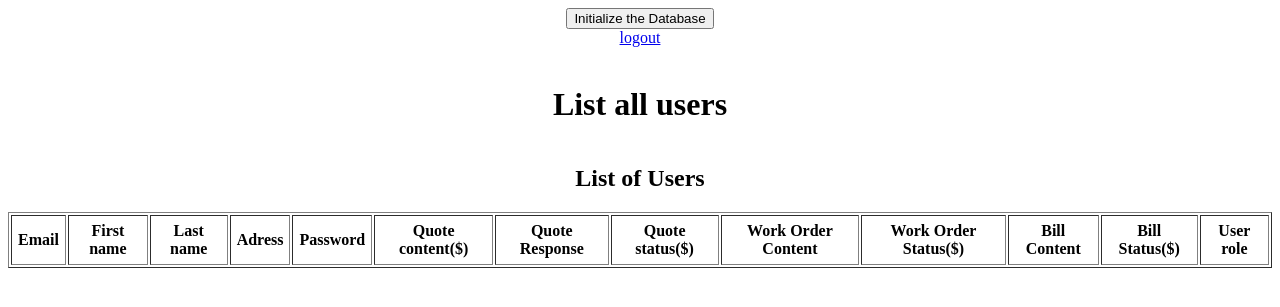
Repository: jacknishanian/Database-project
Page: http://localhost/database/rootView.jsp
These files come from the project's save history. The page is drawn as it stood at one moment and after the next save; the edit follows.
The browser window is 1280 px wide. The pictures show the whole page.
The page is served by Tomcat 9. Nobody is signed in. The application's start-up code is not run. Other server files are loaded and not shown.

Above is the page before, as saved 2023-10-17 21:14:13.

### database/WebContent/rootView.jsp
<%@ page language="java" contentType="text/html; charset=ISO-8859-1"
    pageEncoding="ISO-8859-1"%>
 <%@taglib uri="http://java.sun.com/jsp/jstl/core" prefix="c" %>

<!DOCTYPE html>
<html>
<head>
<meta charset="ISO-8859-1">
<title>Root page</title>
</head>
<body>

<div align = "center">

	<form action = "initialize">
		<input type = "submit" value = "Initialize the Database"/>
	</form>
	<a href="login.jsp"target ="_self" > logout</a><br><br>

<h1>List all users</h1>
    <div align="center">
        <table border="1" cellpadding="6">
            <caption><h2>List of Users</h2></caption>
            <tr>
                <th>Email</th>
                <th>First name</th>
                <th>Last name</th>
                <th>Adress</th>
                <th>Password</th>
                <th>Quote content($)</th>
                <th>Quote Response</th>
                <th>Quote status($)</th>
                <th>Work Order Content</th>
                <th>Work Order Status($)</th>
                <th>Bill Content</th>
                <th>Bill Status($)</th>
                <th>User role</th>
            </tr>
            <c:forEach var="users" items="${listUser}">
                <tr style="text-align:center">
                    <td><c:out value="${users.email}" /></td>
                    <td><c:out value="${users.firstName}" /></td>
                    <td><c:out value="${users.lastName}" /></td>
                    <td><c:out value= "${users.adress_street_num} ${users.adress_street} ${users.adress_city} ${users.adress_state} ${users.adress_zip_code}" /></td>
                    <td><c:out value="${users.password}" /></td>
                    <td><c:out value="${users.quotes_content}" /></td>
                    <td><c:out value="${users.quotes_response}"/></td>
                    <td><c:out value="${users.quotes_status}" /></td>
                    <td><c:out value="${users.work_order_status}" /></td>
                    <td><c:out value="${users.bill_of_work_content}"/></td>
                    <td><c:out value="${users.bill_of_work_status}" /></td>
                    <td><c:out value="${users.role}" /></td>
            </c:forEach>
        </table>
	</div>
	</div>

</body>
</html>

After the next save:
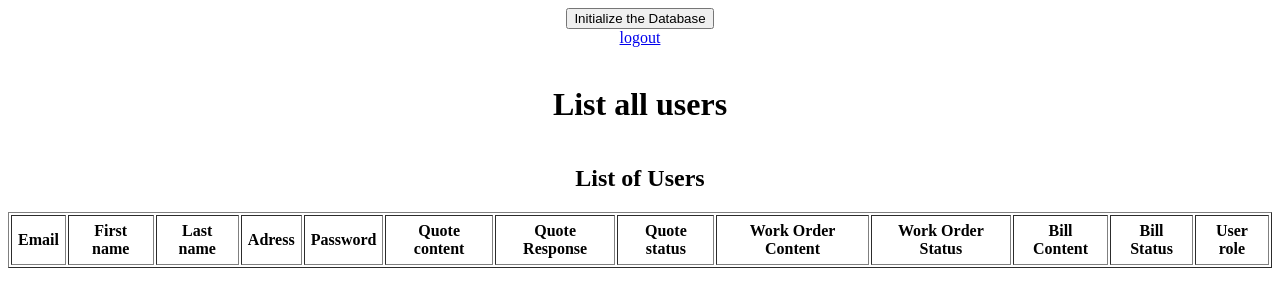
Saved 89 s later.
--- a/database/WebContent/rootView.jsp
+++ b/database/WebContent/rootView.jsp
@@ -27,13 +27,13 @@
                 <th>Last name</th>
                 <th>Adress</th>
                 <th>Password</th>
-                <th>Quote content($)</th>
+                <th>Quote content</th>
                 <th>Quote Response</th>
-                <th>Quote status($)</th>
+                <th>Quote status</th>
                 <th>Work Order Content</th>
-                <th>Work Order Status($)</th>
+                <th>Work Order Status</th>
                 <th>Bill Content</th>
-                <th>Bill Status($)</th>
+                <th>Bill Status</th>
                 <th>User role</th>
             </tr>
             <c:forEach var="users" items="${listUser}">
